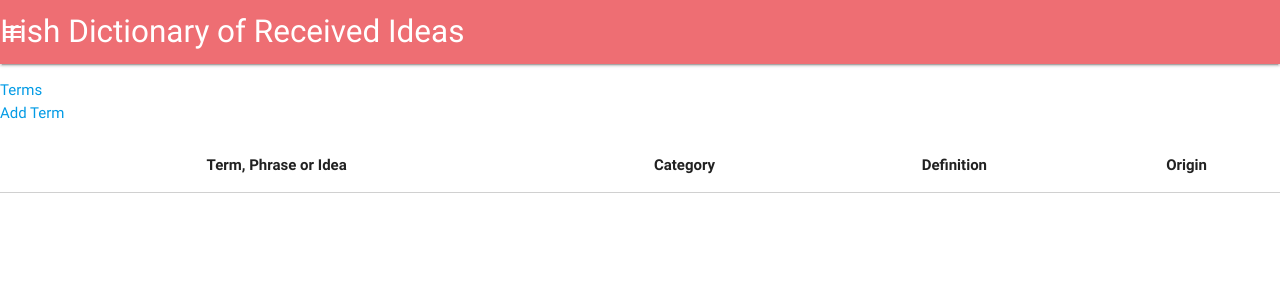
Repository: kalkiboru111/irish-dictionary-of-received-ideas
Page: http://localhost/
The author's editor kept a record of every edit. The page is drawn from the files as they stood at one moment, then again after the next edit.
The browser window is 1280 px wide. The pictures show the whole page.
Some web libraries are served in a nearby version. The page is served by the project's application, run on Flask 3 (app.py). Queries for data that is not in the repository find no rows.

Above is the page before.

### templates/terms.html

{% extends 'base.html' %}
{% block content %}

    <table class="highlight centered responsive-table">
        <thead>
          <tr>
              <th>Term, Phrase or Idea</th>
              <th>Category</th>
              <th>Definition</th>
              <th>Origin</th>
          </tr>
        </thead>
        <tbody>
        {% for term in terms %}
          <tr>
            <td>{{term.term_name}}</td>
            <td>{{term.term_category}}</td>
            <td>{{term.term_definition}}</td>
            <td>{{term.term_origin}}</td>
          </tr>
         {% endfor %}
        </tbody>
    </table>

{% endblock %}

### templates/base.html
<!DOCTYPE html>
<html>

<head>
    <link href="https://fonts.googleapis.com/icon?family=Material+Icons" rel="stylesheet">
    <link rel="stylesheet" href="https://cdnjs.cloudflare.com/ajax/libs/materialize/0.100.2/css/materialize.min.css">
    <link rel="stylesheet" href="{{url_for('static', filename='css/style.css')}}" type="text/css" />
</head>

<body>
    <nav>
        <div class="nav-wrapper">
            <a href="#!" class="brand-logo">Irish Dictionary of Received Ideas</a>
            <a href="#" data-target="mobile-demo" class="sidenav-trigger"><i class="material-icons">menu</i></a>


            <ul class="right hide-on-med-and-down">
                <li><a href="terms.html">Terms</a></li>
                <li><a href="add_term.html">Add Term</a></li>
            </ul>
        </div>
    </nav>
    <ul class="sidenav" id="mobile-demo">
        <li><a href="terms.html">Terms</a></li>
        <li><a href="add_term.html">Add Term</a></li>
    </ul>

    {% block content %} {% endblock %}
    <script src="https://cdnjs.cloudflare.com/ajax/libs/jquery/3.2.1/jquery.min.js"></script>
    <script src="https://cdnjs.cloudflare.com/ajax/libs/materialize/0.100.2/js/materialize.min.js">
        $(document).ready(function() {
            $('.sidenav').sidenav();
            $('select').formSelect();
        });
    </script>

</body>

</html>

### app.py
import os
from flask import Flask, render_template, redirect, request, url_for
from flask_pymongo import PyMongo
from bson.objectid import ObjectId

app = Flask(__name__)

app.config['MONGO_DBNAME'] = 'irish_dictionary'
app.config["MONGO_URI"] = os.getenv("MONGO_URI")

mongo = PyMongo(app)

@app.route('/')

# View directs user to terms page
@app.route('/get_terms')
def get_terms():
    return render_template("terms.html",
    terms=mongo.db.terms.find())

@app.route('/add_term')
def add_term():
    return render_template("add_term.html",
    categories=mongo.db.categories.find())

@app.route('/insert_term', methods=['POST'])
def insert_term():
    terms = mongo.db.terms
    terms.insert_one(request.form.to_dict())
    return redirect(url_for('get_terms'))

@app.route('/editterm/<term_id>')
def editterm(term_id):
    the_term =  mongo.db.terms.find_one({"_id": ObjectId(term_id)})
    all_categories =  mongo.db.categories.find()
    return render_template('editterm.html', term=the_term,
                           categories=all_categories)

@app.route('/update_term/<term_id>', methods=['POST'])
def update_term(term_id):
    terms = mongo.db.terms
    terms.update( {"_id": ObjectId(term_id)},
    {   'term_name':request.form.get('term_name'),
        'category_name':request.form.get('category_name'),
        'term_definition': request.form.get('term_definition'),
        'term_origin':request.form.get('term_origin')
    })
    return redirect(url_for('get_terms'))

@app.route('/delete_term/<term_id>')
def delete_term(term_id):
    mongo.db.terms.remove({"_id": ObjectId(term_id)})
    return redirect(url_for('get_terms'))

if __name__ == '__main__':
    app.run(host=os.environ.get('IP'),
            port=int(os.environ.get('PORT')),
            debug=True)

### static/css/style.css
/* body {
    background-color: red;
} */

After the next edit:
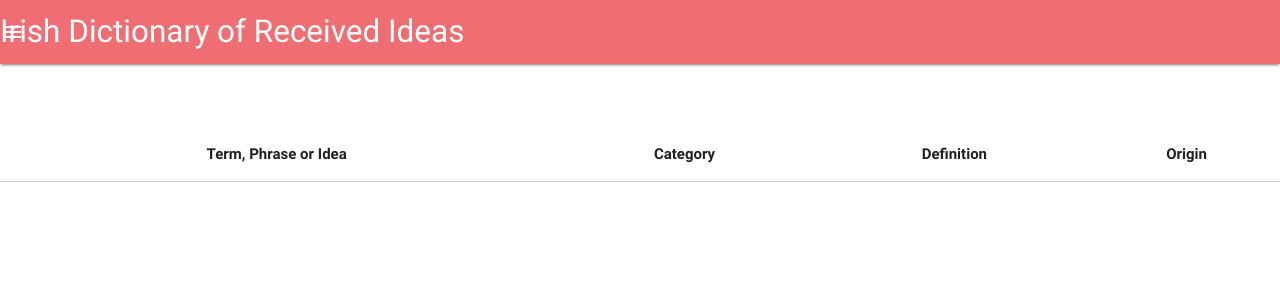
The edit:
--- a/templates/base.html
+++ b/templates/base.html
@@ -20,10 +20,7 @@
             </ul>
         </div>
     </nav>
-    <ul class="sidenav" id="mobile-demo">
-        <li><a href="terms.html">Terms</a></li>
-        <li><a href="add_term.html">Add Term</a></li>
-    </ul>
+
 
     {% block content %} {% endblock %}
     <script src="https://cdnjs.cloudflare.com/ajax/libs/jquery/3.2.1/jquery.min.js"></script>
